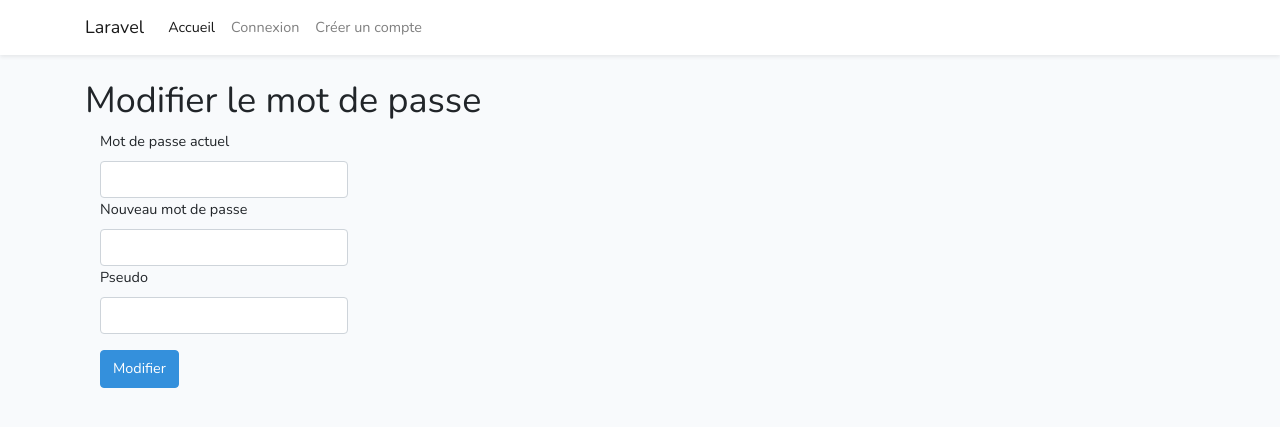
Repository: ypiard85/laravel-social-app
Page: resources/views/user/passwordedit.blade.php
An editor plug-in stored every save of this project. The page is shown before and after the next save, followed by the edit.
The browser window is 1280 px wide. The pictures show the whole page.
The page is served by the project's Laravel application, run on PHP 8.4 with Laravel 8. The template is opened directly, without the code that normally fills it, so the values that code supplies are empty.

Above is the page before, as saved 2021-06-28 15:18:41.

After the next save:
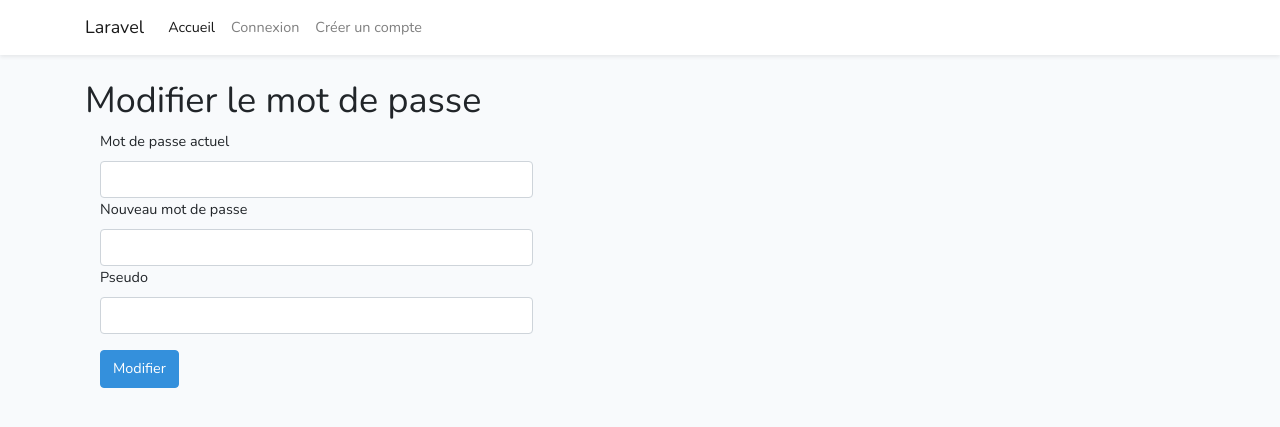
Saved 7 s later.
--- a/resources/views/user/passwordedit.blade.php
+++ b/resources/views/user/passwordedit.blade.php
@@ -9,7 +9,7 @@
             @method('PUT')
             <div class="container">
                 <div class="row">
-                    <div class="col-md-3 mb-3">
+                    <div class="col-md-5 mb-3">
                         <label for="prenom">Mot de passe actuel</label>
                         <input class="form-control" type="password" name="password_actual" >
                         <label for="nom">Nouveau mot de passe</label>
